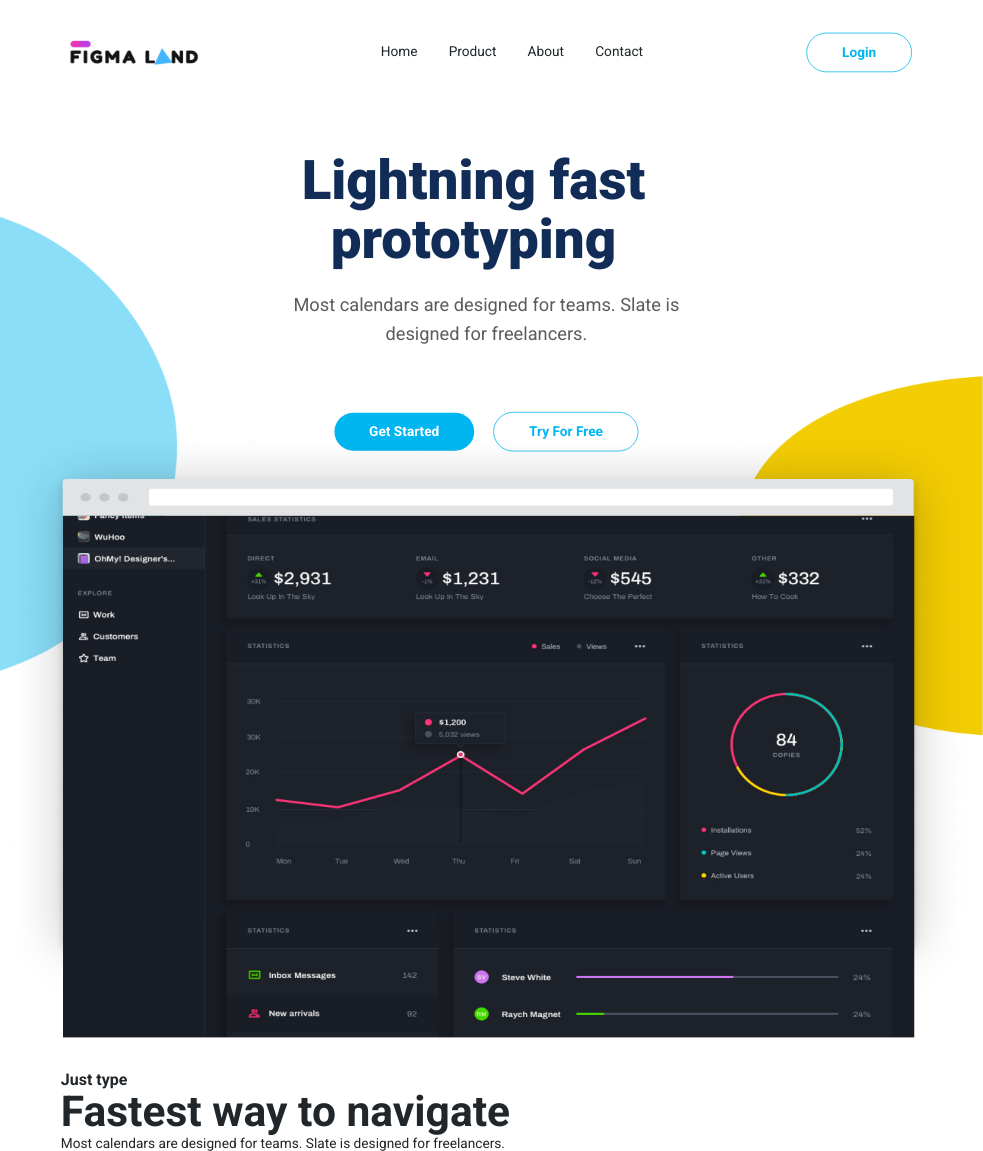
Repository: tungcutte35/Figma-Land
Page: sass/index.html
An editor plug-in stored every save of this project. The page is shown before and after the next save, followed by the edit.
The browser window is 1280 px wide. The page is 1293 px wide, so the pictures cover 1293 px, including what lies to the right of the window. The pictures show the whole page, at 76% of full size.
The style sheet was rebuilt from its Sass, Less or Tailwind sources for each picture, by a compiler version that may differ from the author's.

Above is the page before, as saved 2021-10-23 17:11:34.

### sass/index.html
<!DOCTYPE html>
<html lang="en">
<head>
  <meta charset="UTF-8">
  <meta http-equiv="X-UA-Compatible" content="IE=edge">
  <meta name="viewport" content="width=device-width, initial-scale=1.0">
  <title>Figma Land</title>
  <link rel="stylesheet" href="./css/app.css">
  <link rel="preconnect" href="https://fonts.googleapis.com">
  <link rel="preconnect" href="https://fonts.gstatic.com" crossorigin>
  <link href="https://fonts.googleapis.com/css2?family=Roboto:wght@400;700;900&display=swap" rel="stylesheet">
</head>
<body>
 <div class="wrapper">
   <header class="header">
    <div class="container">
      <div class="header-container">
        <div class="header-img">
          <a href="#">
            <img srcset="./images/logo.png 2x" alt="">
          </a>
        </div>
        <ul class="menu">
          <li class="menu-item">
            <a href="#" class="menu-link">Home</a>
          </li>
          <li class="menu-item">
            <a href="#" class="menu-link">Product</a>
          </li>
          <li class="menu-item">
            <a href="#" class="menu-link">About</a>
          </li>
          <li class="menu-item">
            <a href="#" class="menu-link">Contact</a>
          </li>
        </ul>
        <div class="header-login">
          <button class="button button--outline">Login</button>
        </div>

      </div>
    </div>
   </header>
   <section class="lightning">
     <div class="container">
       <div class="lightning-container">
         <div class="lightning-header">
           <h2 class="lightning-heading">Lightning fast
            prototyping</h2>
           <p class="text lightning-content">
            Most calendars are designed for teams. Slate is
            designed for freelancers.
           </p>
           <div class="lightning-button">
             <button class="button button--primary">Get Started</button>
             <button class="button button--outline">Try For Free</button>
           </div>
         </div>
         <img srcset="./images/img.png 2x" alt="" class="lightning-img">
         <img srcset="./images/Vector.png 2x" alt="" class="lightning-vector1">
         <img srcset="./images/Vector2.png 2x" alt="" class="lightning-vector2">
       </div>
     </div>
   </section>
   <section class="fastest">
     <div class="container">
       <div class="fastest-container">
         <div class="fastest-header">
           <h3 class="fastes-type">Just type</h3>
           <h3 class="heading fastest-heading">Fastest way to navigate</h3>
           <p class="fastest-content">
             Most calendars are designed for teams.
            Slate is designed for freelancers.
          </p>
         </div>
       </div>
     </div>
   </section>

 </div>
</body>
</html>

### sass/app.scss
@import "./reset";
@import "./variables";
@import "./global";
@import "./header";
@import "./menu";
@import "./lightning";
@import "./fastest";

### sass/_variables.scss
$font: "Roboto", sans-serif;
$primary-color: #00b6f0;
$heading-color: #20262a;
$text-color: #5c5c5c;
$secondary-color: #112d57;

### sass/_global.scss
.wrapper {
  max-width: 1282px;
  margin: 0 auto;
}
.container {
  max-width: 1160px;
  margin: 0 auto;
  padding: 0 20px;
}
body {
  font-family: $font;
  line-height: 1;
  font-size: 18px;
  color: $heading-color;
}
ul {
  list-style-type: none;
}
.button {
  display: inline-flex;
  justify-content: center;
  align-items: center;
  font-size: 18px;
  font-weight: 700;
  // height: 50px;
  line-height: 1;
  font-family: $font;
  padding: 16px 46px;
  border-radius: 85px;
  background-color: transparent;
  border: 0;
  outline: none;
  cursor: pointer;
  transition-duration: 0.4s;

  &--primary {
    color: #fff;
    background-color: $primary-color;
    &:hover {
      color: $primary-color;
      background-color: transparent;
      border: 1.4px solid $primary-color;
    }
  }
  &--outline {
    color: $primary-color;
    border: 1.4px solid $primary-color;
    &:hover {
      background-color: $primary-color;
      color: white;
    }
  }
}

.heading {
  color: $heading-color;
  font-weight: 700;
  font-size: 56px;
  line-height: calc(65 / 56);
}
.text {
  font-size: 24px;
  font-weight: 450;
  color: $text-color;
  line-height: calc(38 / 24);
}

### sass/_header.scss
.header {
  margin-top: 30px;
  margin-bottom: 91px;

  &-container {
    display: flex;
    justify-content: space-between;
    align-items: center;
  }
}

### sass/_menu.scss
.menu {
  display: flex;

  gap: 0 41px;
  &-item {
    display: flex;
    align-items: center;
    justify-content: center;
  }
  &-link {
    color: inherit;
    &:after {
      display: block;
      content: "";
      border-bottom: solid 2px $primary-color;
      transform: scaleX(0);
      transition: transform 250ms ease-in-out;
    }
    &:hover:after {
      transform: scaleX(1);
    }
    &:hover {
      color: $primary-color;
    }
  }
}

### sass/_lightning.scss
.lightning {
  position: relative;
  margin-bottom: 770px;

  &-container {
    display: flex;
    align-items: center;
    justify-content: center;
    gap: 0 25px;
  }
  &-header {
    text-align: center;
    max-width: 544px;
  }
  &-heading {
    max-width: 510px;
    font-weight: 900;
    font-size: 72px;
    line-height: calc(78 / 72);
    color: $secondary-color;
    margin-bottom: 27px;
  }
  &-content {
    margin-bottom: 84px;
  }
  &-button {
    display: flex;
    align-items: center;
    justify-content: center;
    gap: 0 25px;
    margin-bottom: 45px;
  }
  &-vector1 {
    position: absolute;
    left: -1%;
    bottom: -60%;
  }
  &-vector2 {
    position: absolute;
    right: -1%;
    bottom: -75%;
  }
  &-img {
    position: absolute;
    bottom: -165%;
    left: 2px;
    z-index: 99;
    width: 100%;
    height: 803px;
  }
}

Loaded but not shown: sass/_reset.scss (common file); sass/_fastest.scss (no stored copy; drawn as an empty file)

After the next save:
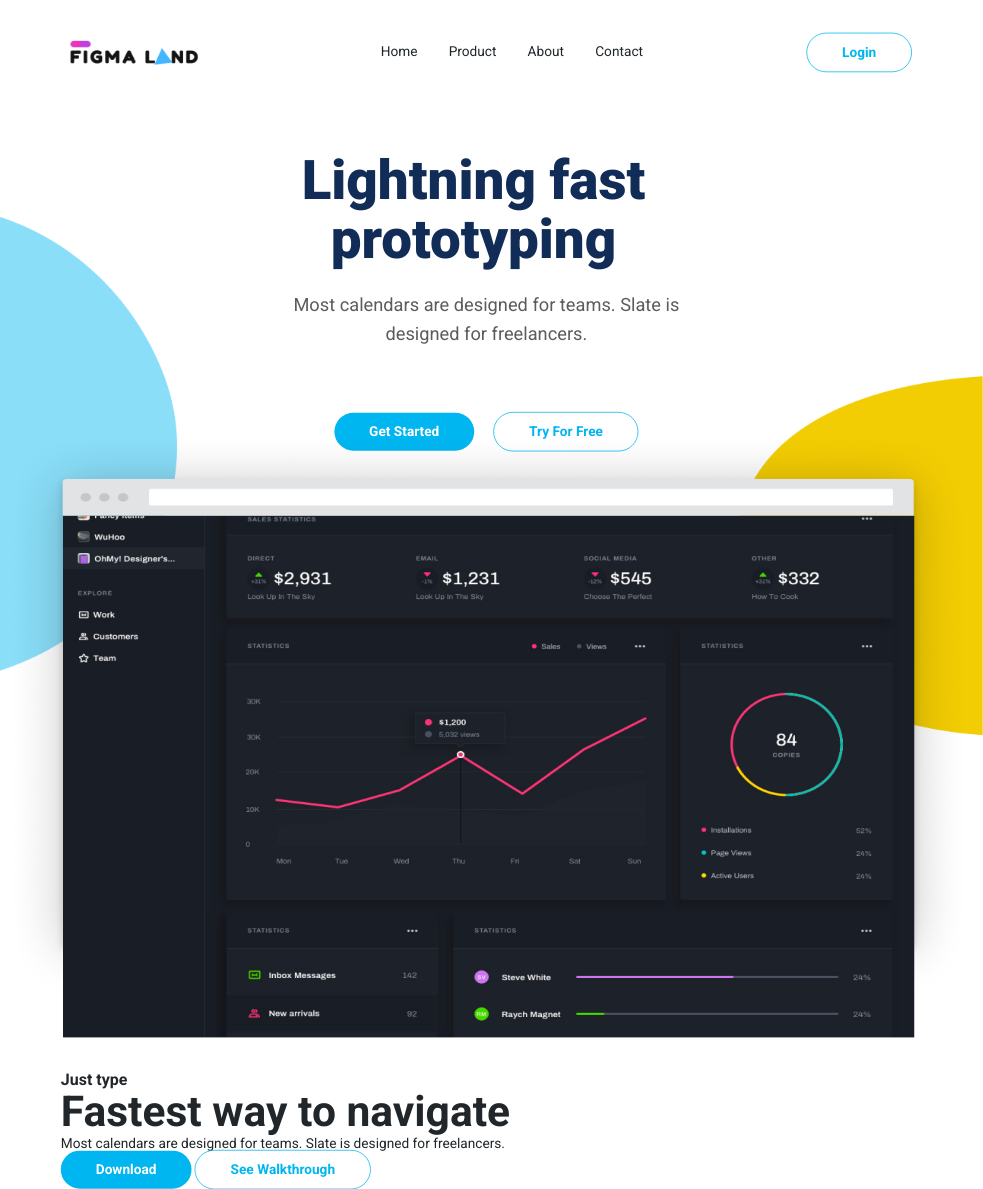
Saved 89 s later.
--- a/sass/index.html
+++ b/sass/index.html
@@ -73,6 +73,10 @@
             Slate is designed for freelancers.
           </p>
          </div>
+         <div class="fastest-button">
+           <button class="button button--primary">Download</button>
+           <button class="button button--outline">See Walkthrough</button>
+         </div>
        </div>
      </div>
    </section>
